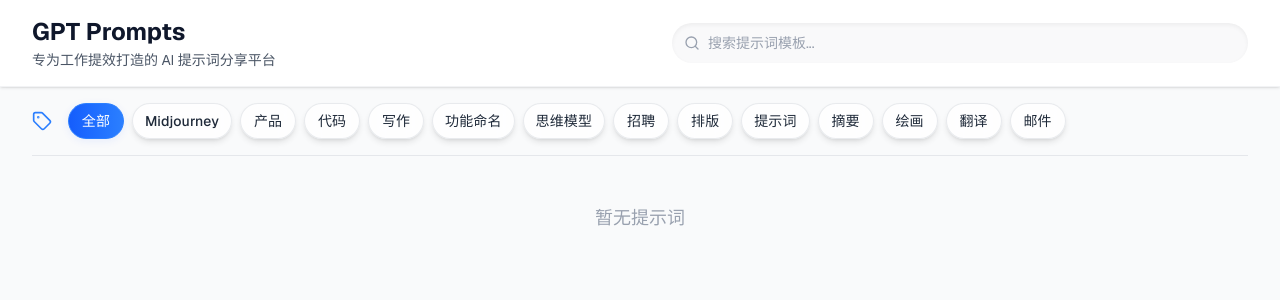
Repository: SweetPomelo0/GPT_Prompts
Page: /
An editor plug-in stored every save of this project. The page is shown before and after the next save, followed by the edit.
The browser window is 1280 px wide. The pictures show the whole page.
The page's requests for data from a server got no answer. The project was rebuilt for these pictures with package versions that can differ from the ones it lists, and the page was loaded fresh each time. The framework's server and built-in components were replaced by stand-ins that run in the browser. No one was signed in, and anything a server would have sent is missing. Also part of the build but not shown: next.config.ts, src/components/PromptCard.tsx, src/components/PromptModal.tsx.

Above is the page before, as saved 2025-07-27 23:03:15.

### src/app/layout.tsx
import type { Metadata } from "next";
import { Geist, Geist_Mono } from "next/font/google";
import "./globals.css";

const geistSans = Geist({
  variable: "--font-geist-sans",
  subsets: ["latin"],
});

const geistMono = Geist_Mono({
  variable: "--font-geist-mono",
  subsets: ["latin"],
});

export const metadata: Metadata = {
  title: "GPT_Prompts",
  description: "专为工作提效打造的 AI 提示词分享平台",
};

export default function RootLayout({
  children,
}: Readonly<{
  children: React.ReactNode;
}>) {
  return (
    <html lang="zh-CN">
      <body
        className={`${geistSans.variable} ${geistMono.variable} antialiased`}
      >
        {children}
      </body>
    </html>
  );
}

### src/app/page.tsx
'use client';

import { useState, useEffect } from 'react';
import Header from '@/components/Header';
import CategoryNav from '@/components/CategoryNav';
import PromptList from '@/components/PromptList';
import { categories } from '@/data/prompts';
import { Prompt } from '@/types/prompt';

export default function Home() {
  const [activeCategory, setActiveCategory] = useState('all');
  const [searchQuery, setSearchQuery] = useState('');
  const [prompts, setPrompts] = useState<Prompt[]>([]);
  const [loading, setLoading] = useState(true);

  // 获取提示词数据
  useEffect(() => {
    const fetchPrompts = async () => {
      try {
        const response = await fetch('/api/prompts');
        if (response.ok) {
          const data = await response.json();
          setPrompts(data);
        } else {
          console.error('Failed to fetch prompts');
        }
      } catch (error) {
        console.error('Error fetching prompts:', error);
      } finally {
        setLoading(false);
      }
    };

    fetchPrompts();
  }, []);

  // 根据分类和搜索查询过滤提示词
  const filteredPrompts = prompts.filter(prompt => {
    // 先按分类过滤
    if (activeCategory !== 'all') {
      const category = categories.find(cat => cat.id === activeCategory);
      if (!category || !prompt.categories.includes(category.name)) {
        return false;
      }
    }

    // 如果没有搜索查询，返回所有符合分类的提示词
    return true;
  });

  if (loading) {
    return (
      <div className="min-h-screen bg-gray-50 flex items-center justify-center">
        <div className="text-gray-500">加载中...</div>
      </div>
    );
  }

  return (
    <div className="min-h-screen bg-gray-50">
      {/* 头部：网站标题和搜索框 */}
      <Header onSearch={setSearchQuery} />

      {/* 分类导航栏 */}
      <CategoryNav
        categories={categories}
        activeCategory={activeCategory}
        onCategoryChange={setActiveCategory}
      />

      {/* 提示词列表 */}
      <main>
        <PromptList
          prompts={filteredPrompts}
          searchQuery={searchQuery}
        />
      </main>
    </div>
  );
}

### src/app/globals.css
@import "tailwindcss";

:root {
  --background: #ffffff;
  --foreground: #171717;
}

@theme inline {
  --color-background: var(--background);
  --color-foreground: var(--foreground);
  --font-sans: var(--font-geist-sans);
  --font-mono: var(--font-geist-mono);
}

@media (prefers-color-scheme: dark) {
  :root {
    --background: #0a0a0a;
    --foreground: #ededed;
  }
}

body {
  background: linear-gradient(to bottom, #f8f9fa, #e9ecef);
  color: var(--foreground);
  font-family: var(--font-geist-sans), Arial, Helvetica, sans-serif;
  transition: background 0.3s ease;
}

@keyframes fade-in-scale {
  from {
    transform: scale(0.95) translateY(20px);
    opacity: 0;
  }
  to {
    transform: scale(1) translateY(0);
    opacity: 1;
  }
}

.animate-fade-in-scale {
  animation: fade-in-scale 0.3s ease-in-out forwards;
}

/* Custom scrollbar styles */
.custom-scrollbar::-webkit-scrollbar {
  width: 8px;
  height: 8px;
}

.custom-scrollbar::-webkit-scrollbar-track {
  background: transparent;
}

.custom-scrollbar::-webkit-scrollbar-thumb {
  background: rgba(0, 0, 0, 0.1); /* 半透明 */
  border-radius: 4px;
  transition: background 0.3s;
}

.custom-scrollbar:hover::-webkit-scrollbar-thumb {
  background: #d1d5db; /* 悬停时显示滚动条 */
  transition: background 0.3s ease;
}

.custom-scrollbar::-webkit-scrollbar-thumb:hover {
  background: #9ca3af; /* 滚动条悬停时的颜色 */
}

/* For Firefox */
.custom-scrollbar {
  scrollbar-width: thin;
  scrollbar-color: transparent transparent; /* 默认透明，不显示滚动条 */
  transition: scrollbar-color 0.3s ease;
}

.custom-scrollbar:hover {
  scrollbar-color: #d1d5db transparent; /* 悬停时显示滚动条 */
}

### src/components/Header.tsx
'use client';

import { useState } from 'react';
import { Search } from 'lucide-react';

interface HeaderProps {
  onSearch: (query: string) => void;
}

export default function Header({ onSearch }: HeaderProps) {
  const [searchQuery, setSearchQuery] = useState('');

  // 处理输入变化，实时搜索
  const handleInputChange = (e: React.ChangeEvent<HTMLInputElement>) => {
    const newQuery = e.target.value;
    setSearchQuery(newQuery);
    onSearch(newQuery); // 实时触发搜索
  };

  // 处理表单提交（防止页面刷新）
  const handleSubmit = (e: React.FormEvent) => {
    e.preventDefault();
  };

  return (
    <header className="bg-white/90 backdrop-blur-md shadow-sm border-b border-gray-200/50">
      <div className="max-w-7xl mx-auto px-4 sm:px-6 lg:px-8">
        <div className="flex items-center justify-between py-4 gap-4">
        {/* 网站标题 */}
        <div className="flex-1 min-w-0">
          <h1 className="text-2xl font-bold text-slate-900 truncate">
            GPT Prompts
          </h1>
          <p className="text-sm text-gray-600 leading-tight truncate mt-1">
            专为工作提效打造的 AI 提示词分享平台
          </p>
        </div>

        {/* 搜索框 */}
        <div className="flex-1 max-w-xl">
          <form onSubmit={handleSubmit} className="relative">
            <Search className="absolute left-3 top-1/2 transform -translate-y-1/2 text-gray-400 w-4 h-4" />
            <input
              type="text"
              placeholder="搜索提示词模板..."
              value={searchQuery}
              onChange={handleInputChange}
              className="w-full bg-gray-100/50 border-0 rounded-full pl-9 pr-4 py-2.5 text-sm focus:ring-2 focus:ring-blue-400 focus:bg-white shadow-inner transition-all duration-300 placeholder-gray-400 hover:bg-gray-50"
            />
          </form>
        </div>
      </div>
      </div>
    </header>
  );
}

### src/components/CategoryNav.tsx
'use client';

import { Category } from '@/types/prompt';
import { Tag } from 'lucide-react';

interface CategoryNavProps {
  categories: Category[];
  activeCategory: string;
  onCategoryChange: (categoryId: string) => void;
}

export default function CategoryNav({ categories, activeCategory, onCategoryChange }: CategoryNavProps) {
  return (
    <nav>
      <div className="max-w-7xl mx-auto px-4 sm:px-6 lg:px-8">
        <div className="flex items-center flex-wrap gap-2 py-4">
          <Tag className="w-5 h-5 text-blue-500 mr-2 shrink-0" />
          <div className="flex flex-wrap gap-2">
            {categories.map((category) => (
              <button
                key={category.id}
                onClick={() => onCategoryChange(category.id)}
                className={`group h-9 text-sm rounded-full border font-medium transition-all duration-300 whitespace-nowrap shadow-md hover:shadow-lg focus:outline-none focus:ring-2 focus:ring-blue-300 focus:ring-offset-2 flex items-center justify-center px-4 ${
                  activeCategory === category.id
                    ? 'bg-gradient-to-r from-blue-600 to-blue-500 text-white border-blue-500 shadow-lg'
                    : 'bg-white/80 backdrop-blur-sm text-gray-800 border-gray-300/50 hover:text-blue-700 hover:border-blue-500 hover:bg-blue-50/80'
                }`}
                style={{letterSpacing: '0.01em', minWidth: 56, minHeight: 32, padding: '0 12px', boxShadow: activeCategory === category.id ? '0 2px 8px 0 rgba(24, 80, 255, 0.08)' : undefined}}
              >
                {category.name}
              </button>
            ))}
          </div>
        </div>
        <hr className="border-t border-gray-200" />
      </div>
    </nav>
  );
}

### src/components/PromptList.tsx
'use client';

import { useState } from 'react';
import pinyin from 'tiny-pinyin';
import { Prompt } from '@/types/prompt';
import PromptCard from './PromptCard';
import PromptModal from './PromptModal';

interface PromptListProps {
  prompts: Prompt[];
  searchQuery: string;
}

export default function PromptList({ prompts, searchQuery }: PromptListProps) {
  const [selectedPrompt, setSelectedPrompt] = useState<Prompt | null>(null);
  const [isModalOpen, setIsModalOpen] = useState(false);

  const handleCardClick = (prompt: Prompt) => {
    setSelectedPrompt(prompt);
    setIsModalOpen(true);
  };

  const handleCloseModal = () => {
    setIsModalOpen(false);
    setSelectedPrompt(null);
  };

  // 拼音搜索辅助函数
  const matchesPinyin = (text: string, query: string): boolean => {
    if (!pinyin.isSupported()) {
      return false;
    }

    try {
      // 转换为拼音（不带音调）
      const pinyinText = pinyin.convertToPinyin(text, '', true); // 小写，无分隔符
      // 转换为拼音首字母
      const pinyinInitials = pinyin.parse(text)
        .filter(token => token.type === 2) // 只取中文字符
        .map(token => token.target.charAt(0).toLowerCase())
        .join('');

      return (
        pinyinText.includes(query) ||
        pinyinInitials.includes(query)
      );
    } catch (error) {
      console.warn('拼音转换失败:', error);
      return false;
    }
  };

  // 过滤提示词
  const filteredPrompts = prompts.filter(prompt => {
    if (!searchQuery) return true;

    const query = searchQuery.toLowerCase();

    // 基本字符串匹配
    const basicMatch = (
      prompt.title.toLowerCase().includes(query) ||
      prompt.description.toLowerCase().includes(query) ||
      prompt.categories.some(category => category.toLowerCase().includes(query)) ||
      (prompt.content && prompt.content.toLowerCase().includes(query))
    );

    // 拼音匹配
    const pinyinMatch = (
      matchesPinyin(prompt.title, query) ||
      matchesPinyin(prompt.description, query) ||
      prompt.categories.some(category => matchesPinyin(category, query))
    );

    return basicMatch || pinyinMatch;
  });

  if (filteredPrompts.length === 0) {
    return (
      <div className="text-center py-12">
        <div className="text-gray-400 text-lg mb-2">
          {searchQuery ? '未找到相关提示词' : '暂无提示词'}
        </div>
        {searchQuery && (
          <p className="text-gray-500">
            尝试使用其他关键词搜索
          </p>
        )}
      </div>
    );
  }

  return (
    <>
      <div className="max-w-7xl mx-auto px-4 sm:px-6 lg:px-8 py-8">
        <div className="grid grid-cols-1 md:grid-cols-2 lg:grid-cols-4 gap-2">
          {filteredPrompts.map((prompt) => (
            <PromptCard
              key={prompt.id}
              prompt={prompt}
              onCardClick={handleCardClick}
            />
          ))}
        </div>
      </div>

      <PromptModal
        prompt={selectedPrompt}
        isOpen={isModalOpen}
        onClose={handleCloseModal}
      />
    </>
  );
}

### src/data/prompts.ts
import { Prompt, Category, extractCategoriesFromPrompts } from "@/types/prompt";

// 基础分类（始终包含"全部"选项）
const baseCategories: Category[] = [
  {
    id: "all",
    name: "全部",
    description: "所有提示词模板",
  },
];

// 动态生成分类的函数
export function generateCategoriesFromPrompts(prompts: Prompt[]): Category[] {
  const uniqueCategories = extractCategoriesFromPrompts(prompts);
  const dynamicCategories: Category[] = uniqueCategories.map((category) => ({
    id: category.toLowerCase().replace(/\s+/g, "-"),
    name: category,
    description: `${category}相关的提示词模板`,
  }));

  return [...baseCategories, ...dynamicCategories];
}

export const prompts: Prompt[] = [
  {
    id: "2",
    title: "中文写作改进专家",
    description: "优化文章句子的语法、清晰度和简洁度，提高可读性",
    content: "", // 内容将通过API从md文件加载
    categories: ["写作"],
    createdAt: "2025-07-27",
    updatedAt: "2025-07-27",
  },
  {
    id: "3",
    title: "软件功能命名专家",
    description: "根据功能描述，设计符合软件界面语言风格和行业标准的功能名称",
    content: "", // 内容将通过API从md文件加载
    categories: ["功能命名"],
    createdAt: "2025-07-27",
    updatedAt: "2025-07-27",
  },
  {
    id: "4",
    title: "词条英译中的翻译专家",
    description:
      "将英文软件词条或句子翻译成简体中文，风格贴近苹果和微软中文软件的表达方式",
    content: "", // 内容将通过API从md文件加载
    categories: ["翻译"],
    createdAt: "2025-07-27",
    updatedAt: "2025-07-27",
  },
  {
    id: "5",
    title: "提示词写作专家",
    description: "将自然语言提示转化为结构清晰、标准化的AI提示词结构",
    content: "", // 内容将通过API从md文件加载
    categories: ["提示词"],
    createdAt: "2025-07-27",
    updatedAt: "2025-07-27",
  },
  {
    id: "6",
    title: "词条中译英的翻译专家",
    description:
      "将简体中文软件词条或句子翻译成英文，风格贴近苹果和微软英文软件的表达方式",
    content: "", // 内容将通过API从md文件加载
    categories: ["翻译"],
    createdAt: "2025-07-27",
    updatedAt: "2025-07-27",
  },
  {
    id: "7",
    title: "Midjourney提示词生成专家",
    description: "根据用户输入的描述，生成符合Midjourney AI要求的提示词",
    content: "", // 内容将通过API从md文件加载
    categories: ["绘画", "Midjourney"],
    createdAt: "2025-07-27",
    updatedAt: "2025-07-27",
  },
  {
    id: "8",
    title: "英文翻译专家",
    description: "将其他语言翻译成英文，或改进你提供的英文句子",
    content: "", // 内容将通过API从md文件加载
    categories: ["翻译"],
    createdAt: "2025-07-27",
    updatedAt: "2025-07-27",
  },
  {
    id: "9",
    title: "英汉双向翻译器",
    description: "实现中英文双向翻译，支持词组、普通词汇、句子等",
    content: "", // 内容将通过API从md文件加载
    categories: ["翻译"],
    createdAt: "2025-07-27",
    updatedAt: "2025-07-27",
  },
  {
    id: "10",
    title: "内容摘要器",
    description: "将长文本摘要为 100 个字内，使其易于阅读和理解",
    content: "", // 内容将通过API从md文件加载
    categories: ["摘要"],
    createdAt: "2025-07-27",
    updatedAt: "2025-07-27",
  },
  {
    id: "11",
    title: "代码解释器",
    description: "解释代码的语法和语义，逐行分析",
    content: "", // 内容将通过API从md文件加载
    categories: ["代码"],
    createdAt: "2025-07-27",
    updatedAt: "2025-07-27",
  },
  {
    id: "12",
    title: "ChatGPT 提示工程师",
    description: "与用户协作创建最优质的 ChatGPT 提示词",
    content: "", // 内容将通过API从md文件加载
    categories: ["提示词"],
    createdAt: "2025-07-27",
    updatedAt: "2025-07-27",
  },
  {
    id: "13",
    title: "文章润色",
    description:
      "提升文本的逻辑性、通俗性和论证充分性，使内容更清晰易懂、结构严谨",
    content: "", // 内容将通过API从md文件加载
    categories: ["写作"],
    createdAt: "2025-07-27",
    updatedAt: "2025-07-27",
  },
  {
    id: "14",
    title: "职位描述生成",
    description:
      "根据输入的职位相关信息，自动生成一份详细的职位描述，涵盖岗位职责、招聘要求",
    content: "", // 内容将通过API从md文件加载
    categories: ["招聘"],
    createdAt: "2025-07-27",
    updatedAt: "2025-07-27",
  },
  {
    id: "15",
    title: "岗位职责生成",
    description:
      "根据标准模板以及向用户收集需求，帮助从事人力资源岗位的用户快速生成岗位职责",
    content: "", // 内容将通过API从md文件加载
    categories: ["招聘"],
    createdAt: "2025-07-27",
    updatedAt: "2025-07-27",
  },
  {
    id: "16",
    title: "简历筛选师",
    description:
      "基于结构化标准与职位要求，从多份求职简历中高效筛选出最符合条件的人选",
    content: "", // 内容将通过API从md文件加载
    categories: ["招聘"],
    createdAt: "2025-07-27",
    updatedAt: "2025-07-27",
  },
  {
    id: "17",
    title: "面试题出题大师",
    description: "面试题出题大师，能够根据要求输出符合要求的面试题",
    content: "", // 内容将通过API从md文件加载
    categories: ["招聘"],
    createdAt: "2025-07-27",
    updatedAt: "2025-07-27",
  },
  {
    id: "18",
    title: "六顶思考帽",
    description: "根据用户输入的问题进行六顶思考帽的思考",
    content: "", // 内容将通过API从md文件加载
    categories: ["思维模型"],
    createdAt: "2025-07-27",
    updatedAt: "2025-07-27",
  },
  {
    id: "19",
    title: "竞品分析",
    description: "明确产品定位和优化营销策略",
    content: "", // 内容将通过API从md文件加载
    categories: ["产品"],
    createdAt: "2025-07-27",
    updatedAt: "2025-07-27",
  },
  {
    id: "20",
    title: "邮件优化大师",
    description:
      "根据用户提供的邮件基本信息，生成一个优化后的邮件标题和邮件内容，提高邮件的开信率和回复率。",
    content: "", // 内容将通过API从md文件加载
    categories: ["邮件"],
    createdAt: "2025-07-27",
    updatedAt: "2025-07-27",
  },
  {
    id: "21",
    title: "Prompt 分析器",
    description: "分析用户的 Prompt 并进行评分和改进建议",
    content: "", // 内容将通过API从md文件加载
    categories: ["提示词"],
    createdAt: "2025-07-27",
    updatedAt: "2025-07-27",
  },
  {
    id: "22",
    title: "文字排版大师",
    description:
      "使用 ASCII 符号和 Emoji 表情符号来优化排版已有信息, 提供更好的阅读体验",
    content: "", // 内容将通过API从md文件加载
    categories: ["排版"],
    createdAt: "2025-07-27",
    updatedAt: "2025-07-27",
  },
  {
    id: "23",
    title: "产品起名器",
    description: "分析产品的核心卖点和理解用户心智，生成产品名称",
    content: "", // 内容将通过API从md文件加载
    categories: ["产品"],
    createdAt: "2025-07-27",
    updatedAt: "2025-07-27",
  },
];

// 导出动态生成的分类
export const categories = generateCategoriesFromPrompts(prompts);

### src/types/prompt.ts
export interface Prompt {
  id: string;
  title: string;
  description: string;
  content: string;
  categories: string[];
  createdAt: string;
  updatedAt: string;
}

export interface Category {
  id: string;
  name: string;
  description: string;
  icon?: string;
}

// 工具函数：从提示词数据中提取所有唯一的分类
export function extractCategoriesFromPrompts(prompts: Prompt[]): string[] {
  const categories = new Set(prompts.flatMap((prompt) => prompt.categories));
  return Array.from(categories).sort();
}

// 动态类型：基于实际数据的分类类型
export type PromptCategory = string;

// 动态类型：基于实际数据的标签类型
export type PromptTag = string;

After the next save:
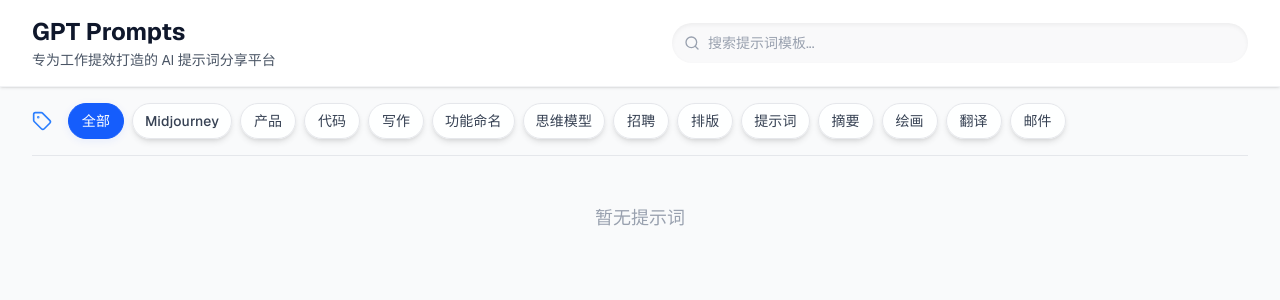
Saved 104 s later.
--- a/src/components/CategoryNav.tsx
+++ b/src/components/CategoryNav.tsx
@@ -22,8 +22,8 @@ export default function CategoryNav({ categories, activeCategory, onCategoryChan
                 onClick={() => onCategoryChange(category.id)}
                 className={`group h-9 text-sm rounded-full border font-medium transition-all duration-300 whitespace-nowrap shadow-md hover:shadow-lg focus:outline-none focus:ring-2 focus:ring-blue-300 focus:ring-offset-2 flex items-center justify-center px-4 ${
                   activeCategory === category.id
-                    ? 'bg-gradient-to-r from-blue-600 to-blue-500 text-white border-blue-500 shadow-lg'
-                    : 'bg-white/80 backdrop-blur-sm text-gray-800 border-gray-300/50 hover:text-blue-700 hover:border-blue-500 hover:bg-blue-50/80'
+                    ? 'bg-blue-600 text-white border-blue-600 shadow-md'
+                    : 'bg-white/90 text-gray-700 border-gray-200 hover:text-blue-600 hover:border-blue-600 hover:bg-blue-50'
                 }`}
                 style={{letterSpacing: '0.01em', minWidth: 56, minHeight: 32, padding: '0 12px', boxShadow: activeCategory === category.id ? '0 2px 8px 0 rgba(24, 80, 255, 0.08)' : undefined}}
               >
